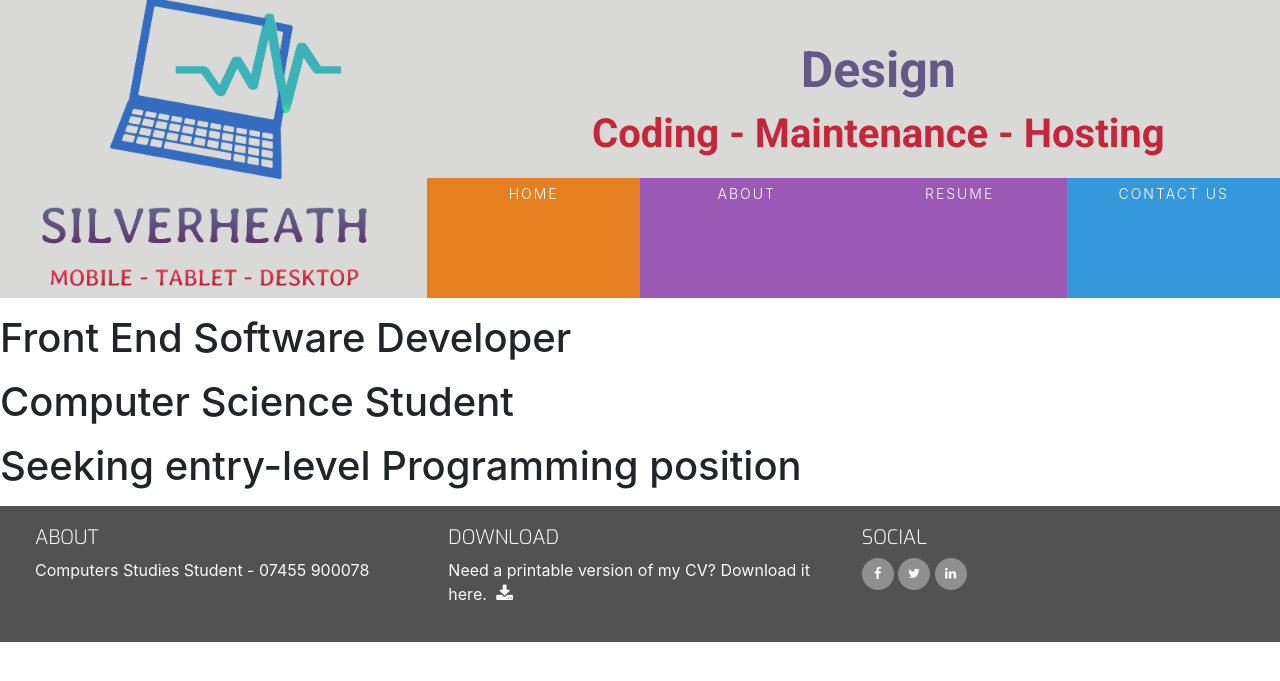
Repository: Code-Institute-Submissions/silverheath
Page: index.html
The author's editor kept a record of every edit. The page is drawn from the files as they stood at one moment, then again after the next edit.
The browser window is 1280 px wide. The pictures show the whole page.
Some web libraries are served in a nearby version.

Above is the page before.

After the next edit:
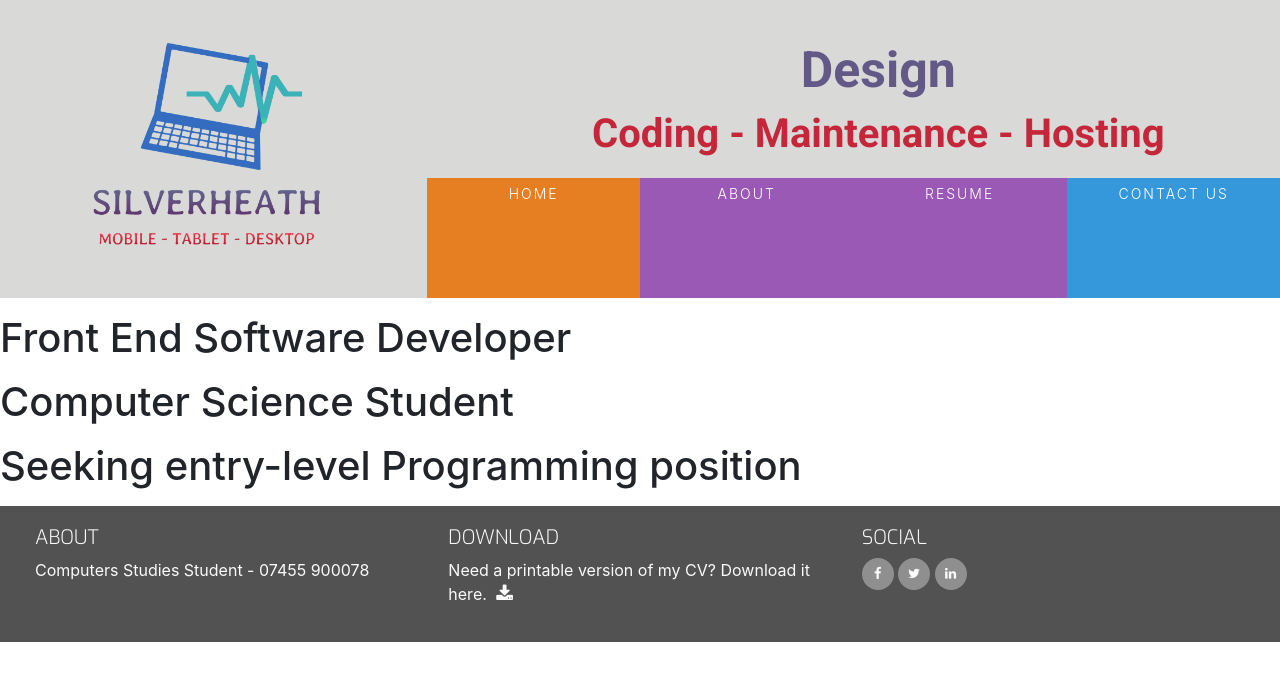
The edit:
--- a/assets/css/style.css
+++ b/assets/css/style.css
@@ -116,8 +116,9 @@
     background: url("../images/logo.jpg");
     background-position: center;
     background-repeat: no-repeat;
-    background-size: cover;
-    min-height: 250px;
+    background-size: contain;
+    background-color: #D9D9D8;
+    min-height: 200px;
     transition: all .5s ease-in-out;
     -moz-transition: all .5s ease-in-out;
     -webkit-transition: all .5s ease-in-out;
@@ -130,7 +131,7 @@
     margin-top: 10px;
     margin-bottom: 10px;
     color: #625986;
-  text-align: center;
+    text-align: center;
 }
 
 .title {
@@ -140,7 +141,7 @@
     margin-top: 5px;
     margin-bottom: 20px;
     color: #C52639;
-   text-align: center;
+    text-align: center;
 }
 
 .list-inline-item:not(:last-child) {
